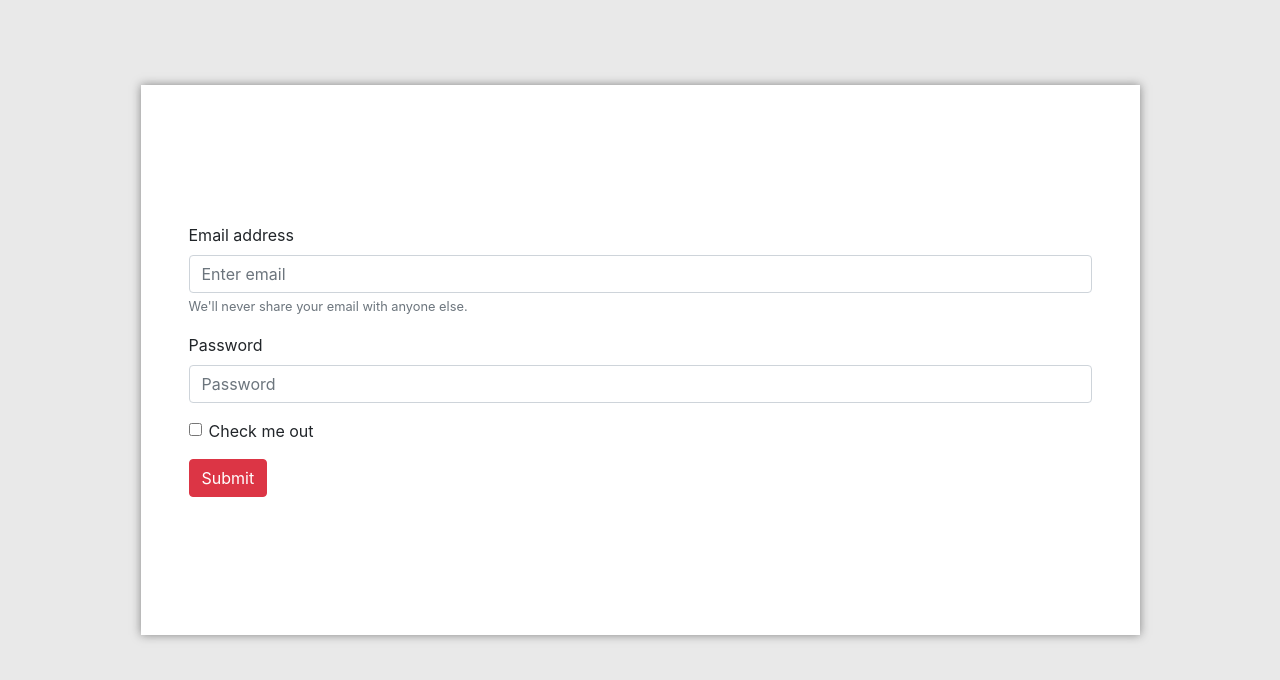
Repository: tts2610/itviec-clone
Page: /login
The author's editor kept a copy of each file at every save. The page is drawn from the files as they stood at one save, then again after the next save.
The browser window is 1280 px wide. The pictures show the whole page.
Some web libraries are served in a nearby version. The project was rebuilt for these pictures with package versions that can differ from the ones it lists, and the page was loaded fresh each time. Also part of the build but not shown: src/pages/Jobs.js, src/pages/Detail.js, src/pages/404.js.

Above is the page before, as saved 2020-06-10 11:27:16.

### public/index.html
<!DOCTYPE html>
<html lang="en">

<head>
    <meta charset="utf-8" />
    <link rel="icon" href="%PUBLIC_URL%/favicon.ico" />
    <meta name="viewport" content="width=device-width, initial-scale=1" />
    <meta name="theme-color" content="#000000" />
    <meta name="description" content="Web site created using create-react-app" />
    <link rel="apple-touch-icon" href="%PUBLIC_URL%/logo192.png" />
    <!--
      manifest.json provides metadata used when your web app is installed on a
      user's mobile device or desktop. See https://developers.google.com/web/fundamentals/web-app-manifest/
    -->
    <link rel="manifest" href="%PUBLIC_URL%/manifest.json" />
    <!--
      Notice the use of %PUBLIC_URL% in the tags above.
      It will be replaced with the URL of the `public` folder during the build.
      Only files inside the `public` folder can be referenced from the HTML.

      Unlike "/favicon.ico" or "favicon.ico", "%PUBLIC_URL%/favicon.ico" will
      work correctly both with client-side routing and a non-root public URL.
      Learn how to configure a non-root public URL by running `npm run build`.
    -->
    <title>React App</title>
    <link rel="stylesheet" crossorigin="anonymous" href="https://maxcdn.bootstrapcdn.com/bootstrap/4.3.1/css/bootstrap.min.css" integrity="sha384-ggOyR0iXCbMQv3Xipma34MD+dH/1fQ784/j6cY/iJTQUOhcWr7x9JvoRxT2MZw1T" />
    <link rel="stylesheet" href="https://pro.fontawesome.com/releases/v5.10.0/css/all.css" integrity="sha384-AYmEC3Yw5cVb3ZcuHtOA93w35dYTsvhLPVnYs9eStHfGJvOvKxVfELGroGkvsg+p" crossorigin="anonymous" />
</head>

<body>
    <noscript>You need to enable JavaScript to run this app.</noscript>
    <div id="root"></div>
    <!--
      This HTML file is a template.
      If you open it directly in the browser, you will see an empty page.

      You can add webfonts, meta tags, or analytics to this file.
      The build step will place the bundled scripts into the <body> tag.

      To begin the development, run `npm start` or `yarn start`.
      To create a production bundle, use `npm run build` or `yarn build`.
    -->
</body>

</html>

### src/App.js
import React, { useState } from "react";
import "./App.css";
import "bootstrap/dist/css/bootstrap.min.css";
import { Switch, Route, Redirect } from "react-router-dom";
import Jobs from "./pages/Jobs";
import Login from "./pages/Login";
import Detail from "./pages/Detail";
import FourOhFourPage from "./pages/404";

function App() {
  const [user, setUser] = useState(true);
  const ProtectedRoute = (props) => {
    if (user === true) {
      return <Route {...props} />;
    } else {
      return <Redirect to="/login" />;
    }
  };

  return (
    <div className="App">
      <Switch>
        <ProtectedRoute
          path="/jobs/:id"
          render={(props) => <Detail {...props} />}
          // component={Detail}
        />
        {/* <Route path="/jobs/:id" component={Detail} /> */}
        <Route path="/jobs" exact={true} component={Jobs} />
        <Route path="/login" component={Login} />
        <Route path="/" exact={true} component={Jobs} />
        <Route path="*" exact={true} component={FourOhFourPage} />
      </Switch>
    </div>
  );
}

export default App;

### src/App.css
.App {
    /* text-align: center; */
    background-color: #e9e9e9 !important;
    height: max-content;
}

body {
    background-color: #e9e9e9 !important;
}

.App-logo {
    height: 40vmin;
    pointer-events: none;
}

@media (prefers-reduced-motion: no-preference) {
    .App-logo {
        animation: App-logo-spin infinite 20s linear;
    }
}


/*
@media screen and (max-width: 600px) {
    nav {
        height: 600px;
    }
} */

.App-header {
    background-color: #282c34;
    min-height: 100vh;
    display: flex;
    flex-direction: column;
    align-items: center;
    justify-content: center;
    font-size: calc(10px + 2vmin);
    color: white;
}

.App-link {
    color: #61dafb;
}

@keyframes App-logo-spin {
    from {
        transform: rotate(0deg);
    }
    to {
        transform: rotate(360deg);
    }
}

.desRow div ul li {
    width: 350px;
    text-overflow: ellipsis;
    list-style-type: circle;
}

.detail-content {
    min-height: 550px;
    background-color: white;
    width: 90%;
    box-shadow: 0px 0px 9px 0px rgba(33, 33, 33, .5);
}

Container {
    max-width: 50% !important;
}

.has-search .form-control {
    padding-left: 2.375rem;
    height: 60px;
    width: 450px !important;
}

.cityBox {
    height: 60px;
    width: 250px;
    background-color: white;
    border-radius: 4px;
}

.has-search .form-control-feedback {
    position: absolute;
    z-index: 2;
    display: block;
    width: 2.375rem;
    height: 2.375rem;
    line-height: 2.375rem;
    text-align: center;
    pointer-events: none;
    color: #aaa;
}

#rowJob {
    border-top: 2px solid #e7e7e7;
    border-bottom: 2px solid #e7e7e7;
    transition: all 0.25s ease;
    padding: 25px;
}

#rowJob:hover {
    box-shadow: 0px 0px 9px 0px rgba(33, 33, 33, .5);
}

.jobRows {
    background-color: white;
}

### src/pages/Login.js
import React, { useEffect, useState } from "react";
import { Container, Row, Col, Button, Spinner, Form } from "react-bootstrap";

export default function Login() {
  const [isLoading, setIsLoading] = useState(true);
  useEffect(() => {
    setTimeout(() => setIsLoading(false), 1500);
  });
  if (isLoading) {
    return (
      <div
        style={{
          display: "flex",
          justifyContent: "center",
          alignItems: "center",
          height: "100vh",
        }}
      >
        <Spinner animation="border" role="status">
          <span className="sr-only"></span>
        </Spinner>
      </div>
    );
  }

  return (
    <div>
      <Container
        style={{
          display: "flex",
          justifyContent: "center",
          alignItems: "center",
          height: "100vh",
        }}
      >
        <div
          className="detail-content py-5 px-5"
          style={{ display: "flex", alignItems: "center" }}
        >
          <Form style={{ width: "-webkit-fill-available" }}>
            <Form.Group controlId="formBasicEmail">
              <Form.Label>Email address</Form.Label>
              <Form.Control type="email" placeholder="Enter email" />
              <Form.Text className="text-muted">
                We'll never share your email with anyone else.
              </Form.Text>
            </Form.Group>

            <Form.Group controlId="formBasicPassword">
              <Form.Label>Password</Form.Label>
              <Form.Control type="password" placeholder="Password" />
            </Form.Group>
            <Form.Group controlId="formBasicCheckbox">
              <Form.Check type="checkbox" label="Check me out" />
            </Form.Group>
            <Button variant="danger" type="submit">
              Submit
            </Button>
          </Form>
        </div>
      </Container>
    </div>
  );
}

Loaded but not shown: src/index.js (common file); src/index.css (common file); src/serviceWorker.js (common file)

After the next save:
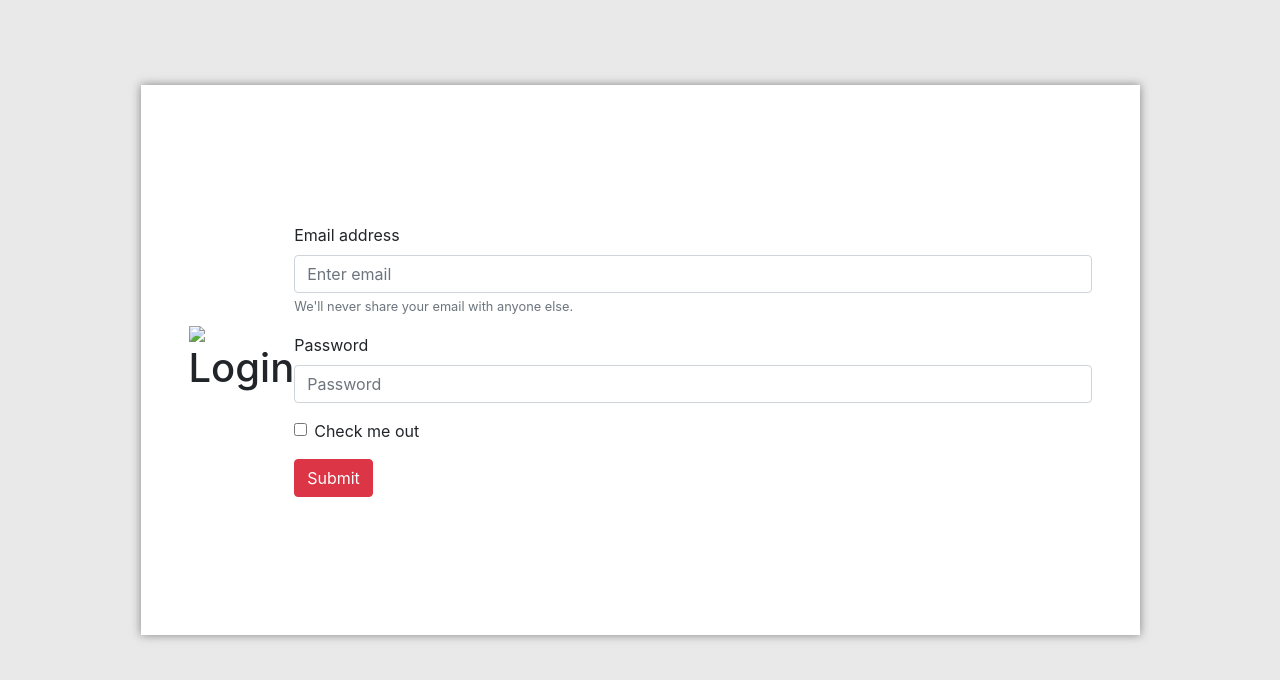
Saved 61 s later.
--- a/src/pages/Login.js
+++ b/src/pages/Login.js
@@ -37,6 +37,10 @@ export default function Login() {
           className="detail-content py-5 px-5"
           style={{ display: "flex", alignItems: "center" }}
         >
+          <div class="login-title-box">
+            <img src="https://itviec.com/favicon-96x96.png" width="40px"></img>
+            <h1 class="login-title">Login</h1>
+          </div>
           <Form style={{ width: "-webkit-fill-available" }}>
             <Form.Group controlId="formBasicEmail">
               <Form.Label>Email address</Form.Label>
